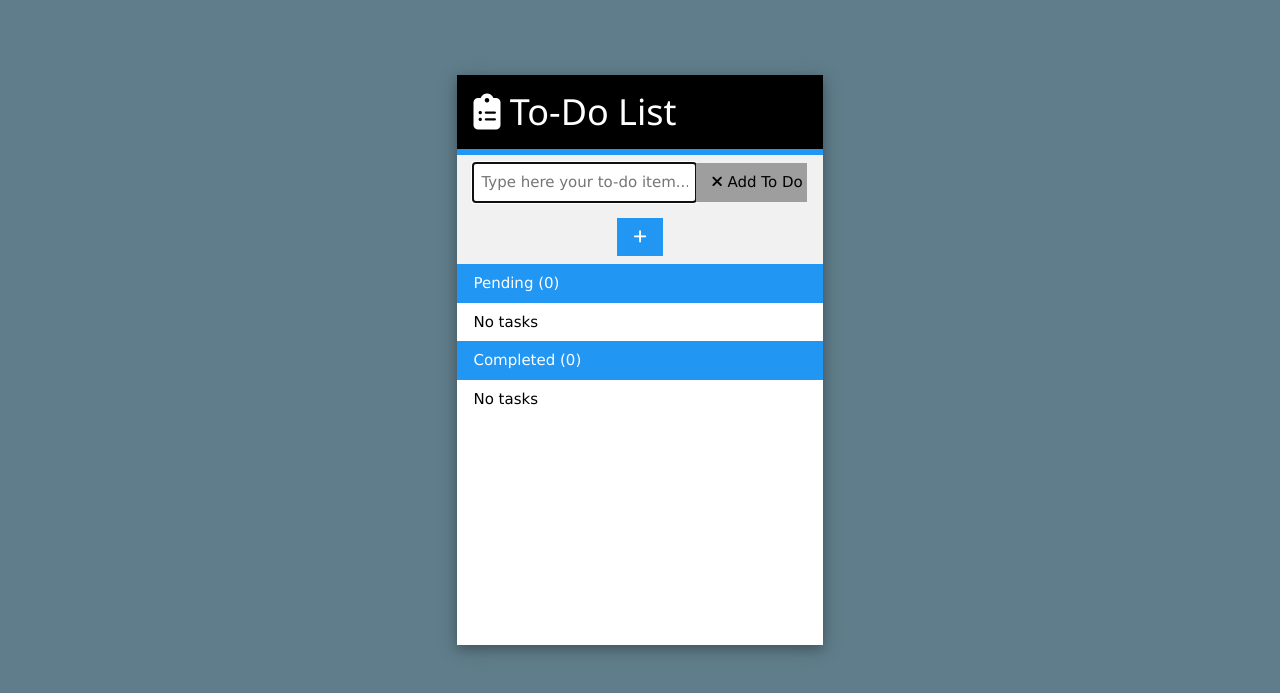
Repository: bclover/vue3-design-patterns-book
Page: /
The author's editor kept a copy of each file at every save. The page is drawn from the files as they stood at one save, then again after the next save.
The browser window is 1280 px wide. The pictures show the whole page.
The project was rebuilt for these pictures with package versions that can differ from the ones it lists, and the page was loaded fresh each time. Also part of the build but not shown: vite.config.ts.

Above is the page before, as saved 2023-06-19 22:33:27.

After the next save:
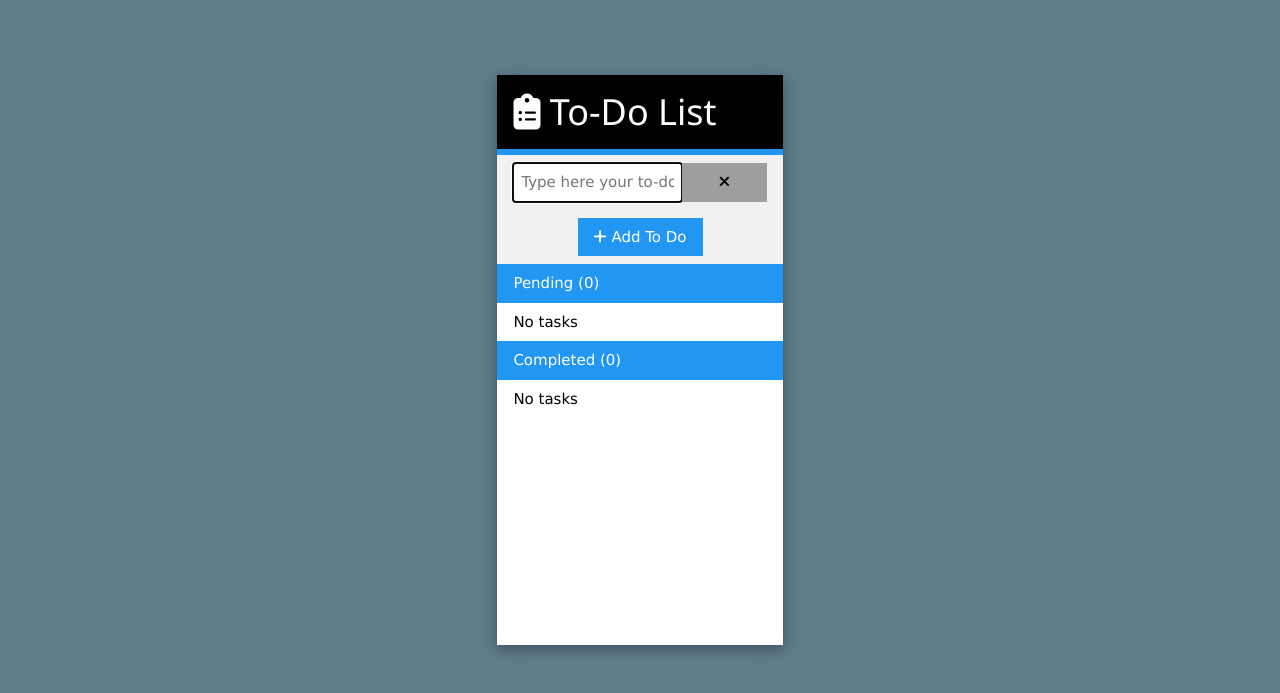
Saved 16 s later.
--- a/src/components/ToDos.vue
+++ b/src/components/ToDos.vue
@@ -51,13 +51,13 @@ function addToDo() {
       />
       <button class="w3-button w3-third w3-gray" @click="clearToDo()">
         <i class="fa-solid fa-times"></i>
-        Add To Do
       </button>
     </div>
 
     <div class="w3-container flex-container w3-light-gray w3-padding w3-center">
       <button class="w3-button w3-blue" @click="addToDo()">
         <i class="fa-solid fa-plus"></i>
+        Add To Do
       </button>
     </div>
 
